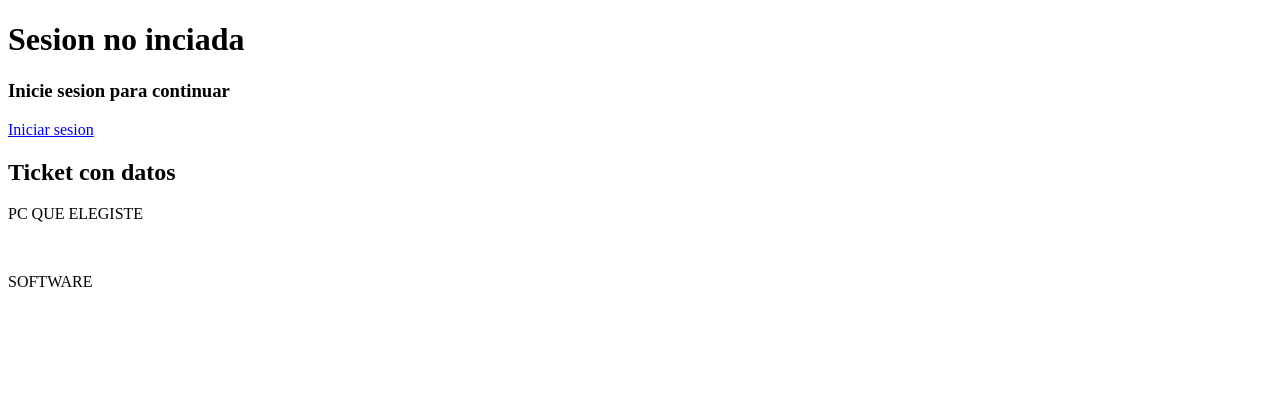
Repository: maxigarrett/2doAnio2doCuatrimestre
Page: http://localhost/primeraWeb1/ManejoSesiones/ticket.jsp
An editor plug-in stored every save of this project. The page is shown before and after the next save, followed by the edit.
The browser window is 1280 px wide. The pictures show the whole page.
The page is served by Tomcat 9.

Above is the page before, as saved 2020-11-07 18:48:24.

After the next save:
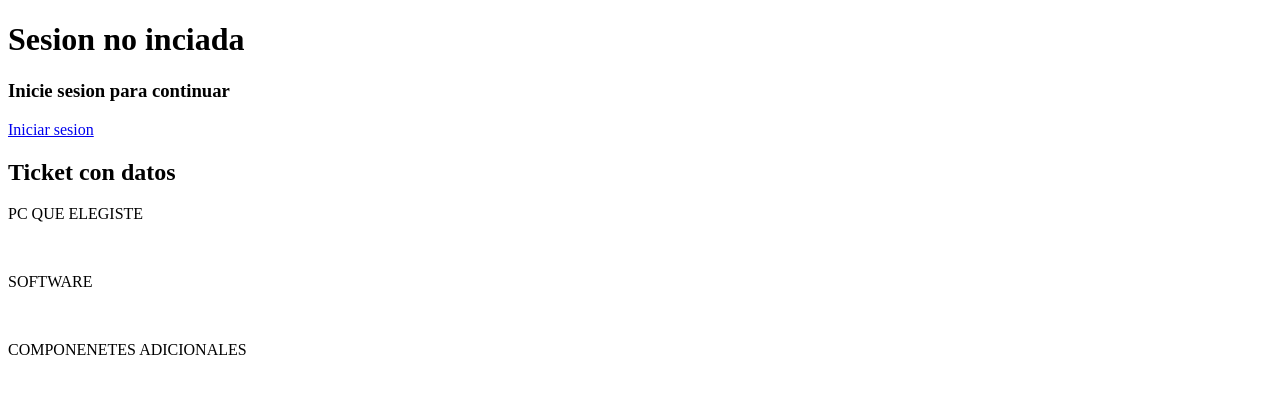
Saved 27 s later.
--- a/tec java eclipse/primeraWeb1/WebContent/ManejoSesiones/ticket.jsp
+++ b/tec java eclipse/primeraWeb1/WebContent/ManejoSesiones/ticket.jsp
@@ -55,6 +55,8 @@
 		}
 
 		//componenetes adicionales
+		out.print("<br>");
+		out.print("<p>COMPONENETES ADICIONALES</p>");
 		if (procesadori5 != null){
 			out.print("<p>componenetes adicionales: "+procesadori5+ "</p>");
 		}
